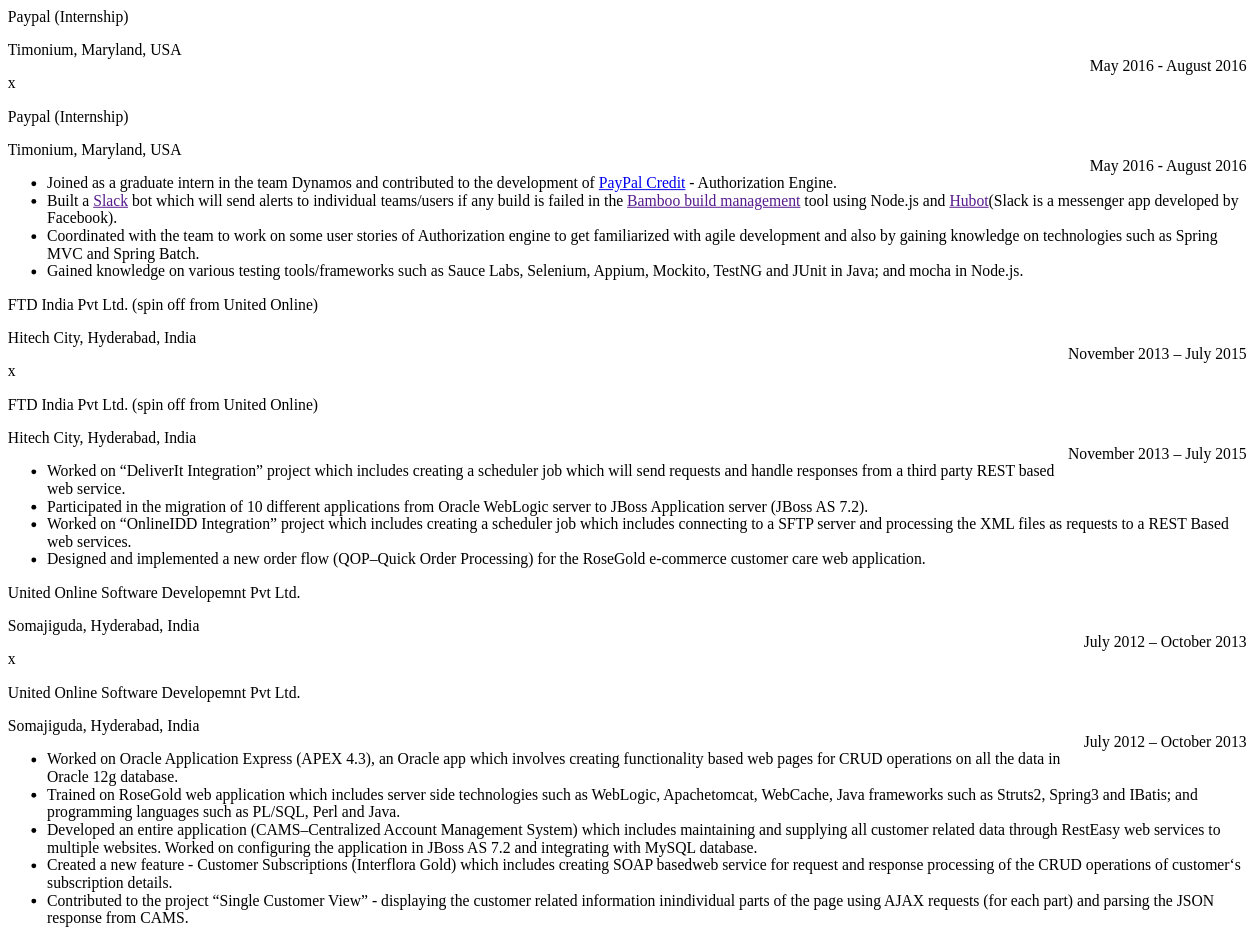
Repository: phanindrakannaji/Resume
Page: http://localhost/application/pages/experience.php
An editor plug-in stored every save of this project. The page is shown before and after the next save, followed by the edit.
The browser window is 1280 px wide. The pictures show the whole page, at 98% of full size.
The page is run by PHP 8.4 with error messages shown; the project is at /var/www/html/.

Above is the page before, as saved 2016-09-25 17:03:47.
Console error: ReferenceError: $ is not defined

### Resume/application/pages/experience.php
<script type="text/javascript"
	src="../resources/scripts/refreshScript.js"></script>
<div class="divExperience customfont2">
	<div class="divExperienceHeading">
		<p class="expHeading">Paypal (Internship)</p>
		<p class="expHeadingContent" style="float: right;">May 2016 - August
			2016</p>
		<p class="expHeadingContent divExperiencelocation ">Timonium,
			Maryland, USA</p>
	</div>
	<div class="divExperienceWork modal">
		<div class="modal-content">
			<span class="close">x</span>
			<p class="expHeading">Paypal (Internship)</p>
			<p class="expHeadingContent" style="float: right;">May 2016 - August
				2016</p>
			<p class="expHeadingContent divExperiencelocation ">Timonium,
				Maryland, USA</p>
			<ul>
				<li>Joined as a graduate intern in the team Dynamos and contributed
					to the development of <a
					href="https://en.wikipedia.org/wiki/PayPal_Credit" target="blank">PayPal
						Credit</a> - Authorization Engine.
				</li>
				<li>Built a <a href="" target="blank">Slack</a> bot which will send
					alerts to individual teams/users if any build is failed in the <a
					href="" target="blank">Bamboo build management</a> tool using
					Node.js and <a href="" target="blank">Hubot</a>(Slack is a
					messenger app developed by Facebook).
				</li>
				<li>Coordinated with the team to work on some user stories of
					Authorization engine to get familiarized with agile development and
					also by gaining knowledge on technologies such as Spring MVC and
					Spring Batch.</li>
				<li>Gained knowledge on various testing tools/frameworks such as
					Sauce Labs, Selenium, Appium, Mockito, TestNG and JUnit in Java;
					and mocha in Node.js.</li>
			</ul>
		</div>
	</div>
</div>

<div class="divExperience customfont2">
	<div class="divExperienceHeading">
		<p class="expHeading">FTD India Pvt Ltd. (spin off from United Online)</p>
		<p class="expHeadingContent" style="float: right;">November 2013 –
			July 2015</p>
		<p class=" expHeadingContent divExperiencelocation ">Hitech City,
			Hyderabad, India</p>
	</div>
	<div class="divExperienceWork modal">
		<div class="modal-content">
			<span class="close">x</span>
			<p class="expHeading">FTD India Pvt Ltd. (spin off from United
				Online)</p>
			<p class="expHeadingContent" style="float: right;">November 2013 –
				July 2015</p>
			<p class=" expHeadingContent divExperiencelocation ">Hitech City,
				Hyderabad, India</p>
			<ul>
				<li>Worked on “DeliverIt Integration” project which includes
					creating a scheduler job which will send requests and handle
					responses from a third party REST based web service.</li>
				<li>Participated in the migration of 10 different applications from
					Oracle WebLogic server to JBoss Application server (JBoss AS 7.2).</li>
				<li>Worked on “OnlineIDD Integration” project which includes
					creating a scheduler job which includes connecting to a SFTP server
					and processing the XML files as requests to a REST Based web
					services.</li>
				<li>Designed and implemented a new order flow (QOP–Quick Order
					Processing) for the RoseGold e-commerce customer care web
					application.</li>
			</ul>
		</div>
	</div>
</div>

<div class="divExperience customfont2">
	<div class="divExperienceHeading">
		<p class="expHeading">United Online Software Developemnt Pvt Ltd.</p>
		<p class="expHeadingContent" style="float: right;">July 2012 – October
			2013</p>
		<p class="expHeadingContent divExperiencelocation ">Somajiguda,
			Hyderabad, India</p>
	</div>
	<div class="divExperienceWork modal">
		<div class="modal-content">
			<span class="close">x</span>
			<p class="expHeading">United Online Software Developemnt Pvt Ltd.</p>
			<p class="expHeadingContent" style="float: right;">July 2012 –
				October 2013</p>
			<p class="expHeadingContent divExperiencelocation ">Somajiguda,
				Hyderabad, India</p>
			<ul>
				<li>Worked on Oracle Application Express (APEX 4.3), an Oracle app
					which involves creating functionality based web pages for CRUD
					operations on all the data in Oracle 12g database.</li>
				<li>Trained on RoseGold web application which includes server side
					technologies such as WebLogic, Apachetomcat, WebCache, Java
					frameworks such as Struts2, Spring3 and IBatis; and programming
					languages such as PL/SQL, Perl and Java.</li>
				<li>Developed an entire application (CAMS–Centralized Account
					Management System) which includes maintaining and supplying all
					customer related data through RestEasy web services to multiple
					websites. Worked on configuring the application in JBoss AS 7.2 and
					integrating with MySQL database.</li>
				<li>Created a new feature - Customer Subscriptions (Interflora Gold)
					which includes creating SOAP basedweb service for request and
					response processing of the CRUD operations of customer‘s
					subscription details.</li>
				<li>Contributed to the project “Single Customer View” - displaying
					the customer related information inindividual parts of the page
					using AJAX requests (for each part) and parsing the JSON response
					from CAMS.</li>
			</ul>
		</div>
	</div>
</div>
<script type="text/javascript" src="../resources/scripts/experience.js"></script>

### Resume/resources/scripts/refreshScript.js
$(document).ready(function(){
	$("#commandInput").keypress(function(e){
		keypressInBox(e);
	});
	$("#commandInput").focus();
})

### Resume/resources/scripts/experience.js
$(document).ready(function(){
	$('.divExperienceHeading').click(function(){
		$(this).parent().children().last().css("display", "block");
	});
	var span = $(".close")[0];
	$(".close").click(function() {
	    $(this).parent().parent().css("display", "none");
	});
});

After the next save:
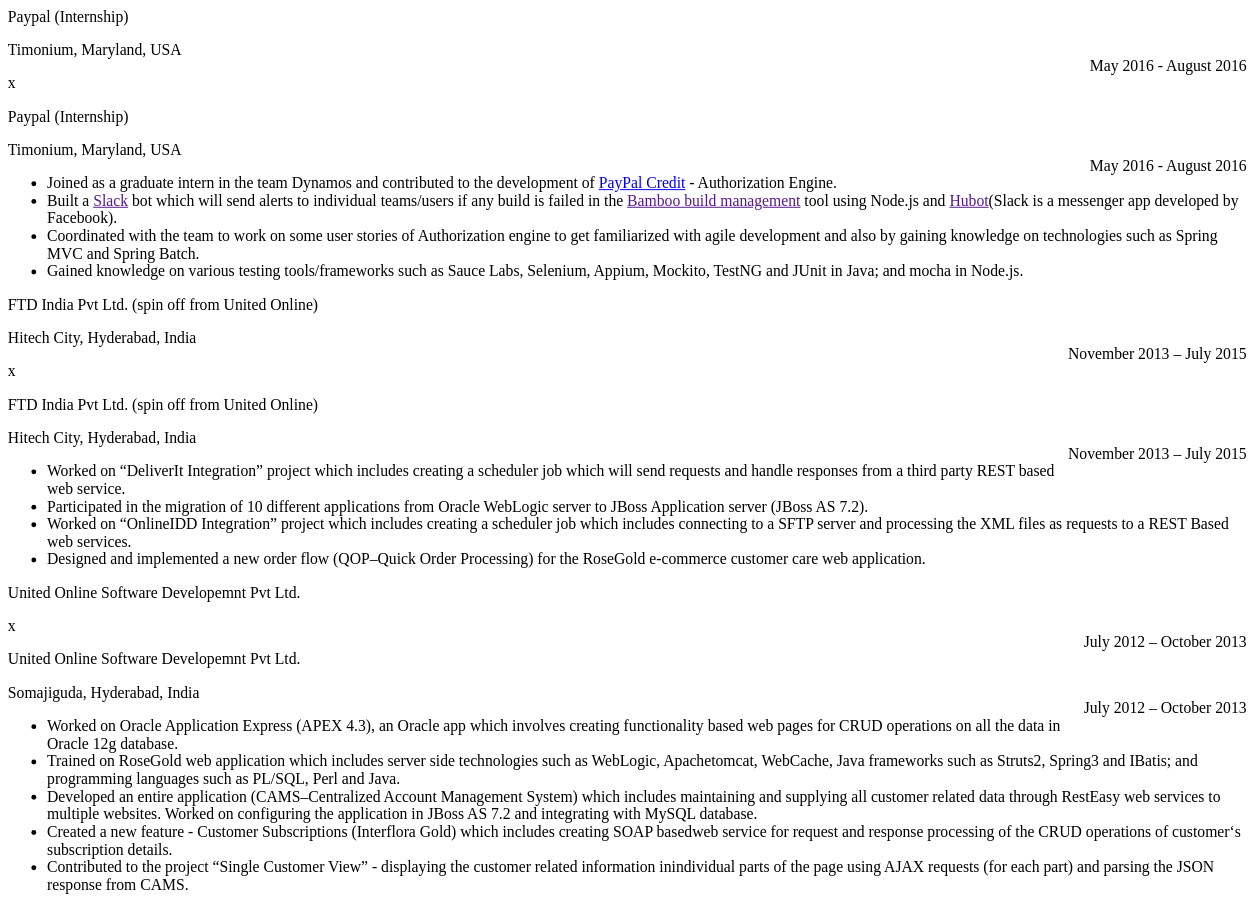
Saved 12 s later.
--- a/Resume/application/pages/experience.php
+++ b/Resume/application/pages/experience.php
@@ -80,8 +80,6 @@
 		<p class="expHeading">United Online Software Developemnt Pvt Ltd.</p>
 		<p class="expHeadingContent" style="float: right;">July 2012 – October
 			2013</p>
-		<p class="expHeadingContent divExperiencelocation ">Somajiguda,
-			Hyderabad, India</p>
 	</div>
 	<div class="divExperienceWork modal">
 		<div class="modal-content">
